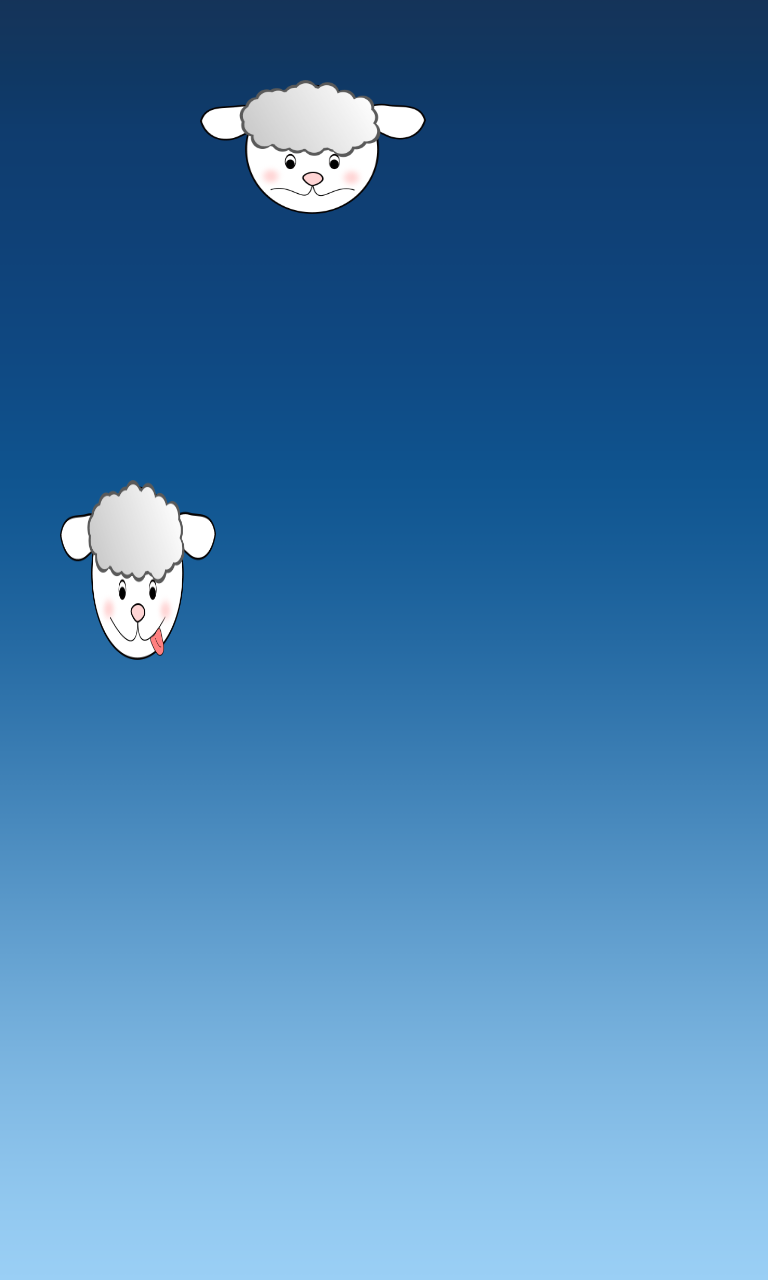
Repository: exilonX/CodeWarsFelula
Layout: Baa/res/layout/end_game.xml
An editor plug-in stored every save of this project. The layout is shown before and after the next save, followed by the edit.
It is drawn on a 768 x 1280 px phone screen (xhdpi) without system bars, with theme AppTheme; the app's code is not run.

Above is the layout before, as saved 2014-02-22 17:42:30.

After the next save:
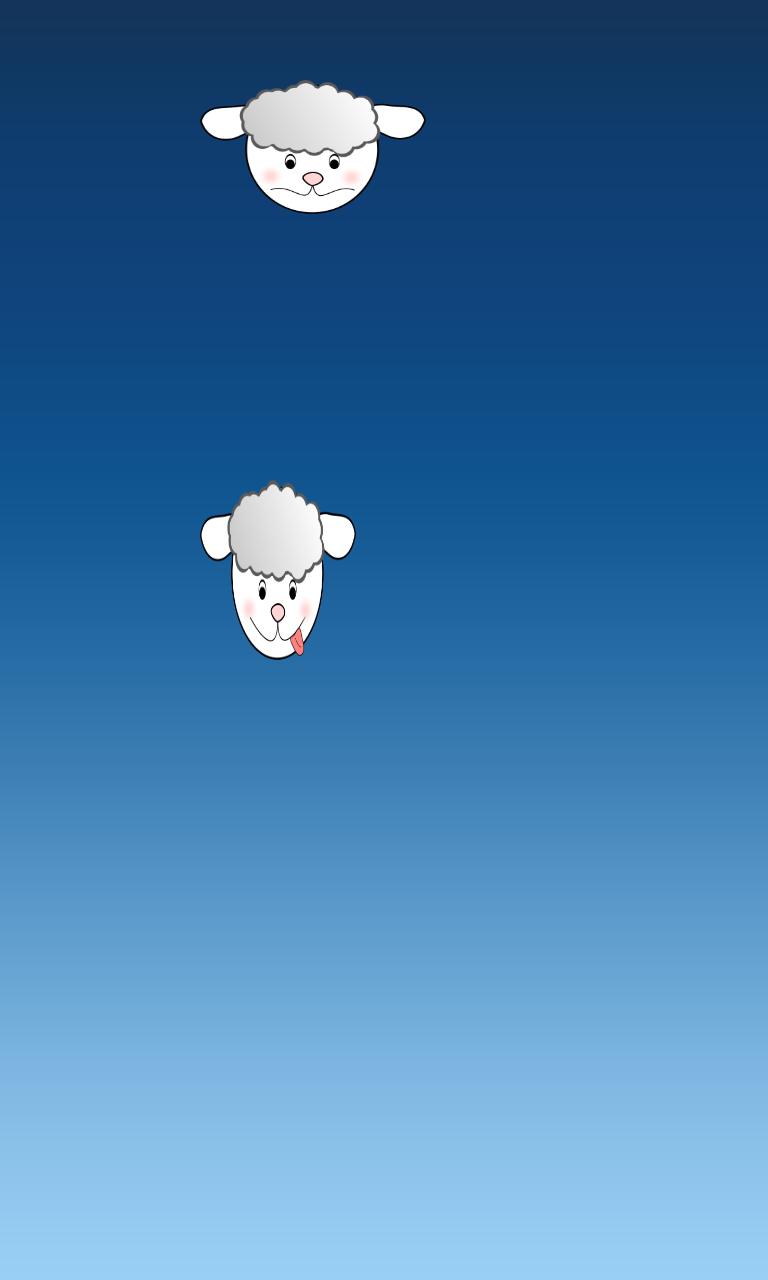
Saved 7 s later.
--- a/Baa/res/layout/end_game.xml
+++ b/Baa/res/layout/end_game.xml
@@ -21,7 +21,7 @@
         android:layout_width="78dp"
         android:layout_height="90dp"
         android:layout_marginBottom="0dp"
-        android:layout_marginLeft="30dp"
+        android:layout_marginLeft="100dp"
         android:layout_marginRight="120dp"
         android:layout_marginTop="240dp"
         android:background="@drawable/happy" />
